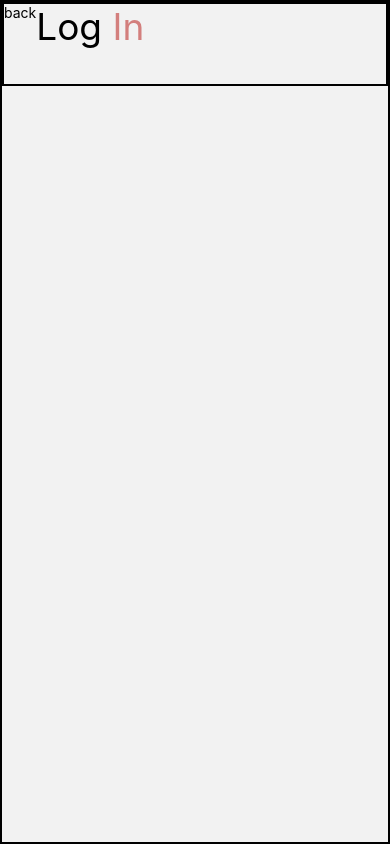
Repository: kgayathridevi/pregband
Screen: /
An editor plug-in stored every save of this project. The screen is shown before and after the next save, followed by the edit.
The app was drawn by React Native's web renderer in a window 390 px wide. The project was rebuilt for these pictures with package versions that can differ from the ones it lists, and the page was loaded fresh each time. Also part of the build but not shown: component/SignUpScreen.jsx, component/Home.jsx.

Above is the screen before, as saved 2023-04-28 13:09:06.

After the next save:
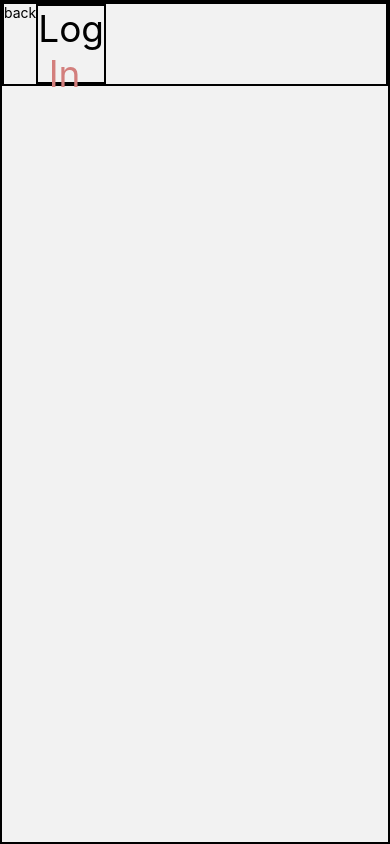
Saved 2 min 6 s later.
--- a/component/LogInScreen.jsx
+++ b/component/LogInScreen.jsx
@@ -16,7 +16,7 @@ const LogInScreen = ({ navigation }) => {
         <View>
           <Text>back</Text>
         </View>
-        <View style={{ flexDirection: "row" }}>
+        <View style={styles.titleContain}>
           <Text style={styles.textC}>Log</Text>
           <Text style={[styles.textC, styles.textC2]}> In</Text>
         </View>
@@ -38,6 +38,9 @@ const styles = StyleSheet.create({
     height: "10%",
     flexDirection: "row",
   },
+  titleContain: {
+    borderWidth: 2,
+  },
   textC: {
     fontSize: 37,
   },
